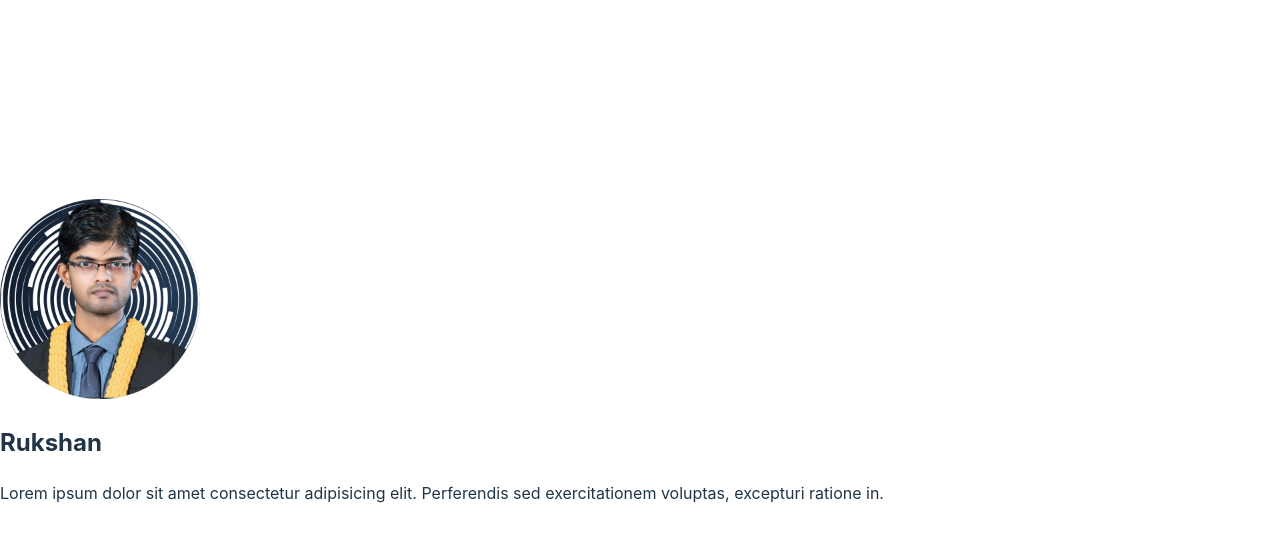
Repository: rkrukshan/Color-Picker--React-
Page: /
An editor plug-in stored every save of this project. The page is shown before and after a run of saves, followed by the edit.
The browser window is 1280 px wide. The pictures show the whole page.
The project was rebuilt for these pictures with package versions that can differ from the ones it lists, and the page was loaded fresh each time. Also part of the build but not shown: vite.config.js.

Above is the page before, as saved 2024-07-17 14:02:12.

### src/App.jsx
import Card from "./Card"

function App() {

  return (
   <Card/>
  )
}

export default App

### src/Card.jsx
import profilepic from "./assets/profile-pic.png";

function Card() {
  return (
    <div className="card">
      <img src={profilepic} alt="Profile Picture" height="200" width="200" />
      <h2>Rukshan</h2>
      <p>
        Lorem ipsum dolor sit amet consectetur adipisicing elit. Perferendis sed
        exercitationem voluptas, excepturi ratione in.
      </p>
    </div>
  );
}

export default Card;

Loaded but not shown: index.html (common file); src/main.jsx (common file); src/index.css (common file)

After the next 2 saves:
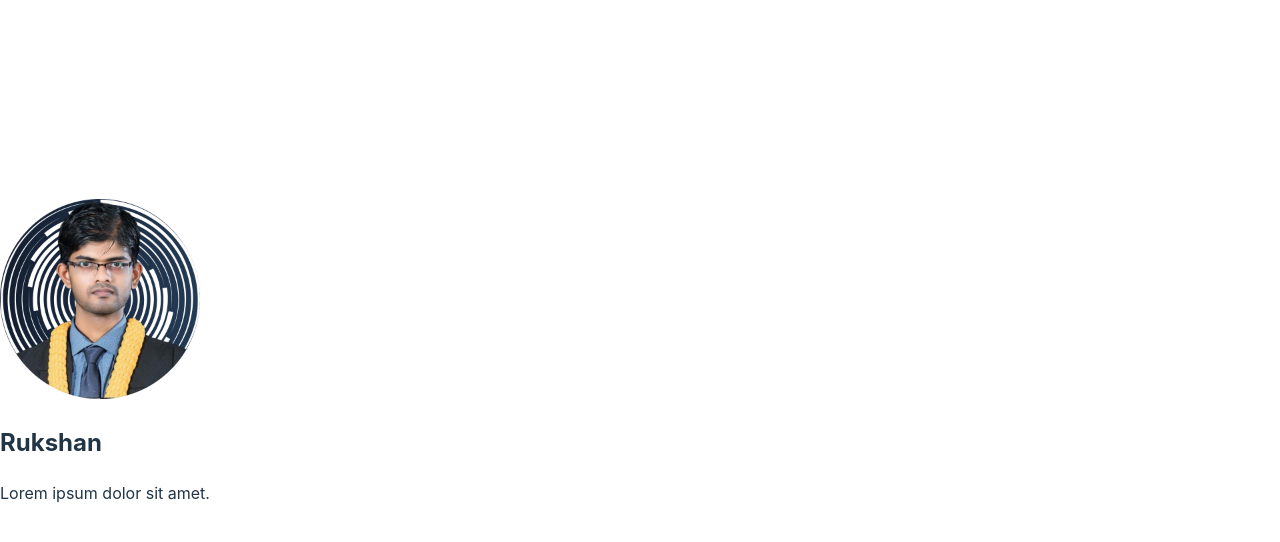
The 2 saves are shown as one change because they came seconds apart.
The last was saved 10 s later.
--- a/src/Card.jsx
+++ b/src/Card.jsx
@@ -6,8 +6,7 @@ function Card() {
       <img src={profilepic} alt="Profile Picture" height="200" width="200" />
       <h2>Rukshan</h2>
       <p>
-        Lorem ipsum dolor sit amet consectetur adipisicing elit. Perferendis sed
-        exercitationem voluptas, excepturi ratione in.
+        Lorem ipsum dolor sit amet.
       </p>
     </div>
   );
